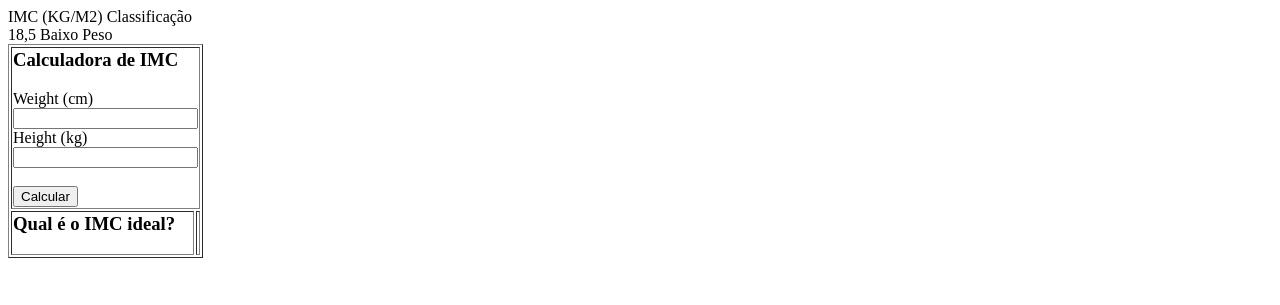
Repository: Patriciamativi/Projetos
Page: index.html
The author's editor kept a copy of each file at every save. The page is drawn from the files as they stood at one save, then again after the next save.
The browser window is 1280 px wide. The pictures show the whole page.

Above is the page before, as saved 2022-11-21 15:28:12.

After the next save:
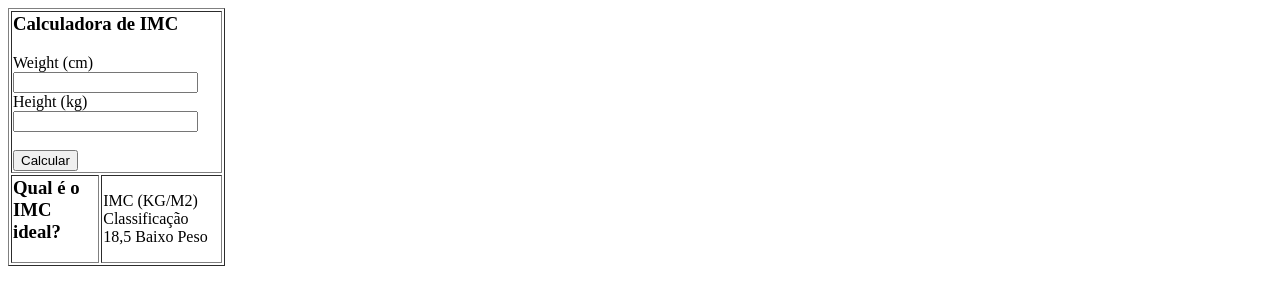
Saved 12 s later.
--- a/index.html
+++ b/index.html
@@ -33,8 +33,8 @@
 
             <tr> <td> <h3>Qual é o IMC ideal?</h3>
 
-                <td></td>IMC (KG/M2)     Classificação </br>
-                18,5            Baixo Peso </td></tr>
+                <td>IMC (KG/M2)     Classificação </br>
+                18,5            Baixo Peso </td></tr></td>
 
 
     </table>
